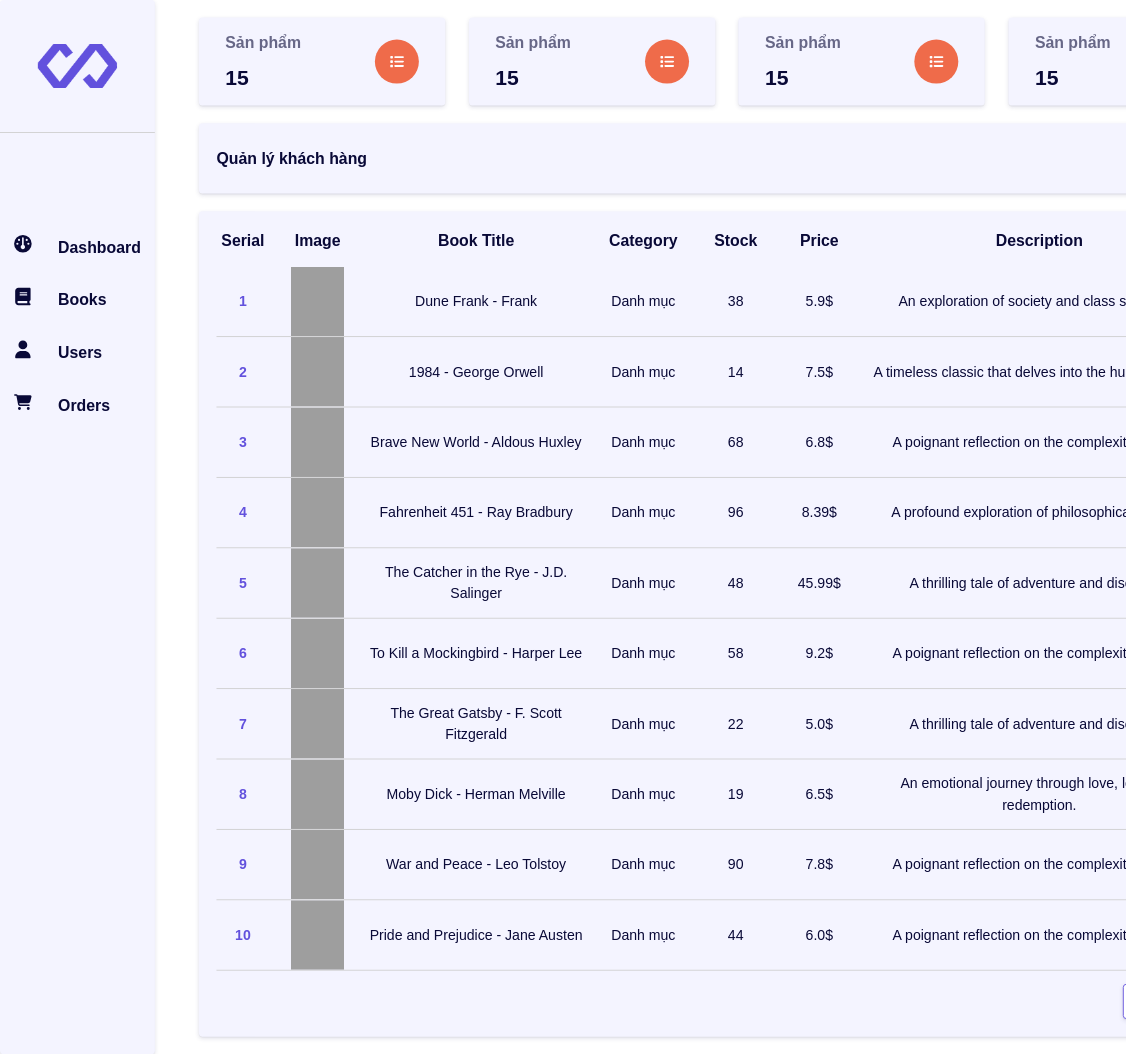
Repository: kauittt/BookStore_FE
Page: / (app in book-store/)
An editor plug-in stored every save of this project. The page is shown before and after the next save, followed by the edit.
The browser window is 1280 px wide. The pictures show the whole page, at 88% of full size.
Pictures or frames that could not be fetched are drawn as grey boxes. The project was rebuilt for these pictures with package versions that can differ from the ones it lists, and the page was loaded fresh each time. Also part of the build but not shown: book-store/vite.config.js, book-store/src/components/elements/FormInput.jsx, book-store/src/components/login-signup/Login.jsx, book-store/src/components/book/BookItem.jsx, book-store/src/components/book/BookList.jsx, book-store/src/components/elements/BackNavigation.jsx, book-store/src/components/book/BookDetail.jsx, book-store/src/components/cart/QuantitySelector.jsx and 4 more.

Above is the page before, as saved 2024-07-20 11:53:26.

### book-store/src/App.jsx
import Login from "./components/login-signup/Login";
import BookItem from "./components/book/BookItem";
import BookList from "./components/book/BookList";
import BookDetail from "./components/book/BookDetail";
import CartItem from "./components/cart/CartItem";
import Cart from "./components/cart/Cart";
import Checkout from "./components/checkout/Checkout";
import AdminNav from "./components/admin/AdminNav";
import ManageList from "./components/admin/ManageList";
import AdminPage from "./components/admin/AdminPage";
import Card from "./components/elements/Card";

const App = () => {
    //! Width - Height: 1536 - 703
    //! 270 - 255
    //! Width: 0.9
    //! Height: 0.585

    //* Semibold - Normal
    //* 3xl (Tiêu đề to) - lg (To hơn bình thường) - sm (Chú thích nhỏ) - Normal

    const data = [
        {
            image: "https://nhasachphuongnam.com/images/thumbnails/240/290/detailed/287/con-duong-hoi-giao-tb-2024.jpg",
            price: "5.9",
            name: "Dune Frank ",
            author: "Frank ",
        },
        {
            image: "https://i.pinimg.com/474x/57/70/55/5770553158ceac5870925fd79f9699eb.jpg",
            price: "7.5",
            name: "1984",
            author: "George Orwell",
        },
        {
            image: "https://listsach.com/wp-content/uploads/2020/05/bia-sach-dep-ngoi-nha-nghin-hanh-lang.jpg",
            price: "6.8",
            name: "Brave New World",
            author: "Aldous Huxley",
        },
        {
            image: "https://listsach.com/wp-content/uploads/2020/05/quyen-sach-co-bia-dep-khong-gia-dinh.jpg",
            price: "8.39",
            name: "Fahrenheit 451",
            author: "Ray Bradbury",
        },
        {
            image: "https://salt.tikicdn.com/cache/w1200/ts/product/03/ee/cc/9e91a112fb77049e9167f41ef62f832e.jpeg",
            price: "45.99",
            name: "The Catcher in the Rye",
            author: "J.D. Salinger",
        },
        {
            image: "https://intamphuc.vn/wp-content/uploads/2023/06/mau-bia-sach-dep-4.jpg",
            price: "9.2",
            name: "To Kill a Mockingbird",
            author: "Harper Lee",
        },
        {
            image: "https://vietart.co/blog/wp-content/uploads/2014/01/2_thiet_ke_bia_sach_dep_20.jpg",
            price: "5.0",
            name: "The Great Gatsby",
            author: "F. Scott Fitzgerald",
        },
        {
            image: "https://thegioidohoa.com/wp-content/uploads/2017/08/tong-hop-20-mau-bia-sach-doc-dao-nhat-nam-2017-7.jpg",
            price: "6.5",
            name: "Moby Dick",
            author: "Herman Melville",
        },
        {
            image: "https://encrypted-tbn0.gstatic.com/images?q=tbn:ANd9GcRVxy22da304ThgqLt9eKkHoYNLhIEgOL5vLCuA0X--bl323dKTKr0Q_H8tqkGQcfgcqA8&usqp=CAU",
            price: "7.8",
            name: "War and Peace",
            author: "Leo Tolstoy",
        },
        {
            image: "https://intamphuc.vn/wp-content/uploads/2023/06/mau-bia-sach-dep-2.jpg",
            price: "6.0",
            name: "Pride and Prejudice",
            author: "Jane Austen",
        },
    ];

    // Các mô tả mẫu để sử dụng
    const descriptions = [
        "A timeless classic that delves into the human psyche.",
        "An exploration of society and class struggles.",
        "A thrilling tale of adventure and discovery.",
        "A thought-provoking story that challenges conventional wisdom.",
        "A masterpiece of modern literature.",
        "A poignant reflection on the complexities of life.",
        "A gripping narrative that captivates the reader from start to finish.",
        "An emotional journey through love, loss, and redemption.",
        "A profound exploration of philosophical themes.",
        "An unforgettable story of courage and resilience.",
    ];

    // Hàm tạo số lượng ngẫu nhiên từ 1 đến 100
    function getRandomQuantity() {
        return Math.floor(Math.random() * 100) + 1;
    }

    // Hàm tạo mô tả ngẫu nhiên từ danh sách mô tả mẫu
    function getRandomDescription() {
        const index = Math.floor(Math.random() * descriptions.length);
        return descriptions[index];
    }

    // Tạo dữ liệu đa dạng cho mảng data
    const enhancedData = data.map((item) => ({
        ...item,
        quantity: getRandomQuantity(),
        description: getRandomDescription(),
    }));

    const detail = {
        image: "https://nhasachphuongnam.com/images/thumbnails/240/290/detailed/287/con-duong-hoi-giao-tb-2024.jpg",
        price: "5.9",
        name: "Dune",
        author: "Frank Herbert ",
        quantity: 10,
        description:
            "Contrary to popular belief, Lorem Ipsum is not simply random text. It has roots in a piece of classical Latin literature from 45 BC, making it over 2000 years old. Richard McClintock, a Latin professor at Hampden-Sydney College in Virginia, looked up one of the more obscure Latin words, consectetur, from a Lorem Ipsum passage, and going through the cites of the word in classical literature, discovered the undoubtable source. Lorem Ipsum comes from sections",
    };

    //! Sửa chổ quantity*price trong tính cart, checkout
    return (
        // container mx-auto
        <div className="text-text-normal  cursor-default select-none">
            {/* <Card name="Sản phẩm" quantity="15" icon={faList}></Card> */}

            <AdminPage books={enhancedData}></AdminPage>
            {/* <ManageList books={enhancedData}></ManageList> */}
            {/* <AdminNav></AdminNav> */}
            {/* <Checkout books={enhancedData}></Checkout> */}
            {/* <Cart books={enhancedData}></Cart> */}
            {/* <CartItem book={detail}></CartItem> */}
            {/* <BookDetail book={detail}></BookDetail> */}
            {/* <BookList title="Classic" books={data}></BookList> */}
            {/* <Login></Login> */}
        </div>
    );
};

export default App;

### book-store/src/index.css
@tailwind base;
@tailwind components;
@tailwind utilities;

.container {
    width: 100%;
}
@media (min-width: 640px) {
    .container {
        max-width: 640px;
    }
}
@media (min-width: 768px) {
    .container {
        max-width: 768px;
    }
    @media (min-width: 1024px) {
        .container {
            max-width: 1024px;
        }
    }
    @media (min-width: 1280px) {
        .container {
            max-width: 1280px;
        }
    }
    @media (min-width: 1400px) {
        .container,
        .container-lg,
        .container-md,
        .container-sm,
        .container-xl,
        .container-xxl {
            max-width: 1320px;
        }
    }
}

### book-store/src/components/admin/AdminNav.jsx
import PropTypes from "prop-types";
import { FontAwesomeIcon } from "@fortawesome/react-fontawesome";
import {
    faCartShopping,
    faUser,
    faBook,
    faGauge,
} from "@fortawesome/free-solid-svg-icons";

const AdminNav = () => {
    return (
        <div
            className="flex flex-col  gap-[100px]
            font-semibold text-lg  w-[260px]
            bg-bgr-main shadow-custom rounded"
        >
            <div
                className="w-full flex justify-center mt-[50px] pb-[50px]
            border-b border-border"
            >
                <img
                    src="./image/Logo.png"
                    alt="Logo"
                    className="w-[90px] h-[50px]  object-cover"
                />
            </div>

            <div>
                <div
                    className="p-[16px]
            transition-all duration-200 ease-in-out
            group hover:bg-bgr-white hover:shadow-custom rounded
            cursor-pointer"
                >
                    <p className="flex gap-[10px]">
                        <FontAwesomeIcon
                            className="mr-[20px] w-[20px] h-[20px]"
                            icon={faGauge}
                        />
                        Dashboard
                    </p>
                </div>
                <div
                    className="p-[16px]
            transition-all duration-200 ease-in-out
            group hover:bg-bgr-white hover:shadow-custom rounded
            cursor-pointer"
                >
                    <p className="flex gap-[10px]">
                        <FontAwesomeIcon
                            className="mr-[20px] w-[20px] h-[20px]"
                            icon={faBook}
                        />
                        Books
                    </p>
                </div>
                <div
                    className="p-[16px]
            transition-all duration-200 ease-in-out
            group hover:bg-bgr-white hover:shadow-custom rounded
            cursor-pointer"
                >
                    <p className="flex gap-[10px]">
                        <FontAwesomeIcon
                            className="mr-[20px]  w-[20px] h-[20px]"
                            icon={faUser}
                        />
                        Users
                    </p>
                </div>
                <div
                    className="p-[16px]
            transition-all duration-200 ease-in-out
            group hover:bg-bgr-white hover:shadow-custom rounded
            cursor-pointer"
                >
                    <p className="flex gap-[10px]">
                        <FontAwesomeIcon
                            className="mr-[20px] w-[20px] h-[20px]"
                            icon={faCartShopping}
                        />
                        Orders
                    </p>
                </div>
            </div>
        </div>
    );
};

AdminNav.propTypes = {
    book: PropTypes.object,
};
export default AdminNav;

### book-store/src/components/admin/ManageList.jsx
import React from "react";
import PropTypes from "prop-types";
import { FontAwesomeIcon } from "@fortawesome/react-fontawesome";
import {
    faCartShopping,
    faUser,
    faBook,
    faGauge,
} from "@fortawesome/free-solid-svg-icons";
import ManageItem from "./ManageItem";
import FormButton from "./../elements/FormButton";
const ManageList = (props) => {
    const category = [
        {
            group: "Order",
            fields: [
                { name: "Serial", width: "50px" },
                { name: "Customer Name", width: "150px" },
                { name: "Book Title", width: "150px" },
                { name: "Quantity", width: "100px" },
                { name: "Price", width: "100px" },
                { name: "Phone Number", width: "100px" },
                { name: "Address", flex: "1" }, // Use flex for flexible widths
            ],
        },
        {
            group: "Book",
            fields: [
                { name: "Serial", style: "w-[60px] text-center" },
                { name: "Image", style: "w-[80px] text-center" },
                { name: "Book Title", style: "w-[250px] text-center" },
                { name: "Category", style: "w-[100px] text-center" },
                { name: "Stock", style: "w-[80px] text-center" },
                { name: "Price", style: "w-[80px] text-center" },
                { name: "Description", style: "flex-1 text-center" },
            ],
        },
        {
            group: "User",
            fields: [
                { name: "Serial", width: "50px" },
                { name: "Username", width: "150px" },
                { name: "Name", width: "200px" },
                { name: "Role", width: "100px" },
                { name: "Email", width: "200px" },
                { name: "Phone Number", width: "150px" },
                { name: "Address", flex: "1" },
            ],
        },
    ];

    return (
        <div
            className="max-w-[1200px] w-[1200px] p-[20px] pr-[50px]
        flex flex-col gap-[15px] bg-bgr-main shadow-custom rounded"
        >
            {/*//* Category */}
            <div
                className="flex justify-between items-center gap-[15px]
            font-semibold text-lg"
            >
                {category[1].fields.map((field, index) => (
                    <p key={index} className={`${field.style} `}>
                        {field.name}
                    </p>
                ))}
            </div>

            {/*//* List Item */}
            <div className="flex flex-col ">
                {props.books.map((book, index) => (
                    <ManageItem
                        data={book}
                        category={category[1].fields}
                        key={index}
                        index={index}
                    ></ManageItem>
                ))}
            </div>

            <div className="flex justify-end">
                <FormButton name="Checkout"></FormButton>
            </div>
        </div>
    );
};
ManageList.propTypes = {
    books: PropTypes.array,
};
export default ManageList;

### book-store/src/components/admin/AdminPage.jsx
import React from "react";
import PropTypes from "prop-types";
import ManageList from "./ManageList";
import AdminNav from "./AdminNav";
import Card from "./../elements/Card";
import ManageTitle from "./ManageTitle";
import { FontAwesomeIcon } from "@fortawesome/react-fontawesome";
import {
    faCircleUser,
    faCartShopping,
    faHandHoldingDollar,
    faList,
} from "@fortawesome/free-solid-svg-icons";

const AdminPage = (props) => {
    return (
        <div
            className="flex gap-[30px] justify-between
        max-h-full overflow-hidden
        "
        >
            <AdminNav></AdminNav>
            <div className="flex flex-col gap-[20px] p-[20px]">
                <div className="flex justify-between items-center ">
                    <Card name="Sản phẩm" quantity={15} icon={faList}></Card>
                    <Card name="Sản phẩm" quantity={15} icon={faList}></Card>
                    <Card name="Sản phẩm" quantity={15} icon={faList}></Card>
                    <Card name="Sản phẩm" quantity={15} icon={faList}></Card>
                </div>
                <ManageTitle
                    name="Quản lý khách hàng"
                    button="Add User"
                ></ManageTitle>
                <ManageList books={props.books}></ManageList>
            </div>
        </div>
    );
};

AdminPage.propTypes = {
    books: PropTypes.array,
};
export default AdminPage;

### book-store/src/components/elements/Card.jsx
import React from "react";
import PropTypes from "prop-types";
import { FontAwesomeIcon } from "@fortawesome/react-fontawesome";
import {
    faCircleUser,
    faCartShopping,
    faHandHoldingDollar,
    faList,
} from "@fortawesome/free-solid-svg-icons";
const Card = (props) => {
    return (
        <div
            className="flex items-center justify-between
            w-[280px] h-[100px] bg-bgr-main p-[30px]
        rounded shadow-custom"
        >
            <div className="flex flex-col gap-[10px]">
                <p className="text-lg text-text-light font-semibold">
                    {props.name}
                </p>
                <p className="text-2xl font-semibold">{props.quantity}</p>
            </div>
            <FontAwesomeIcon
                className="p-[17px] rounded-full
             bg-bgr-color text-text-white"
                icon={props.icon}
            />
            {/* <FontAwesomeIcon icon={faCartShopping} />
            <FontAwesomeIcon icon={faHandHoldingDollar} />
            <FontAwesomeIcon icon={faCircleUser} /> */}
        </div>
    );
};

Card.propTypes = {
    name: PropTypes.string,
    quantity: PropTypes.number,
    icon: PropTypes.object,
    color: PropTypes.string,
};
export default Card;

### book-store/src/components/elements/FormButton.jsx
import PropTypes from "prop-types";

const FormButton = ({
    name = "Button",
    main = true,
    type = "button",
    disabled = false,
    ...props
}) => {
    return (
        <button
            type={type}
            disabled={disabled}
            className={`m-w-[100px] w-[100px] m-h-[40px] h-[40px] leading-[40px]
            rounded text-lg font-semibold
            flex items-center justify-center
            cursor-pointer shadow-custom
            transition-all duration-200 ease-in-out
            bg-bgr-white
            ${main ? "bg-bgr-white" : "bg-bgr-white"}
            ${main ? "text-text-color" : "text-bgr-color"}
            ${
                main
                    ? "border border-text-color hover:bg-text-color hover:text-text-white"
                    : "border border-bgr-color hover:bg-bgr-color hover:text-text-white"
            }
            `}
            {...props}
        >
            {name}
        </button>
    );
};

FormButton.propTypes = {
    main: PropTypes.bool,
    name: PropTypes.string.isRequired,
    type: PropTypes.string,
    disabled: PropTypes.bool,
};

export default FormButton;

### book-store/src/components/admin/ManageItem.jsx
import PropTypes from "prop-types";
import { FontAwesomeIcon } from "@fortawesome/react-fontawesome";
import { faPen } from "@fortawesome/free-solid-svg-icons";

const ManageItem = (props) => {
    // STT | Tên khách | Tên sách | Số lượng | Giá     | Phone | Address
    // STT | Hình      | Tên sách | Danh mục | Tồn kho | Giá   | Mô tả
    // STT | Username  | Name     | Role     | Email   | Phone | Address

    const isImage = props.data.image ? true : false;
    // console.log(props.data);
    // console.log(props.category);

    return (
        <div
            className="flex justify-between  items-center
                gap-[15px] h-[80px] relative
                border-b border-border"
        >
            <p
                className={`${props.category[0].style} font-semibold text-text-color`}
            >
                {props.index + 1}
            </p>

            {isImage ? (
                <div
                    className={`${props.category[1].style} h-full
                flex items-center justify-center`}
                >
                    <img
                        className="w-[60px] h-full object-cover"
                        src={props.data.image}
                        alt="Image"
                    />
                </div>
            ) : (
                <p className={`${props.category[1].style} `}>Tăng Khải Minh</p>
            )}

            <p className={`${props.category[2].style} `}>
                {props.data.name + " - " + props.data.author}
            </p>

            <p className={`${props.category[3].style} `}>Danh mục</p>

            <p className={`${props.category[4].style} `}>
                {props.data.quantity}
            </p>

            <p className={`${props.category[5].style} `}>{props.data.price}$</p>

            <p className={`${props.category[6].style} relative`}>
                {props.data.description}
            </p>
            <FontAwesomeIcon
                className="absolute right-[-40px] p-[10px] rounded cursor-pointer
                text-bgr-color
                transition-all duration-200 ease-in-out
                hover:bg-bgr-color hover:text-text-white  "
                icon={faPen}
            />
        </div>
    );
};
ManageItem.propTypes = {
    data: PropTypes.object,
    category: PropTypes.array,
    index: PropTypes.number,
};
export default ManageItem;

### book-store/src/components/admin/ManageTitle.jsx
import React from "react";
import PropTypes from "prop-types";
import FormButton from "./../elements/FormButton";

const ManageTitle = (props) => {
    return (
        <div
            className="flex justify-between items-center
        h-[80px] bg-bgr-main p-[20px]
            rounded shadow-custom"
        >
            <p className="font-semibold text-lg">{props.name}</p>
            <FormButton name={props.button}></FormButton>
        </div>
    );
};

ManageTitle.propTypes = {
    name: PropTypes.string,
    button: PropTypes.string,
};

export default ManageTitle;

### book-store/tailwind.config.js
/** @type {import('tailwindcss').Config} */
export default {
    content: ["./index.html", "./src/**/*.{js,ts,jsx,tsx}"],
    theme: {
        colors: {
            //* Background
            "bgr-main": "#F4F4FF",
            "bgr-color": "#EF6B4A", // Màu cam
            "bgr-color-hover": "#C2371E", // Darker for hover
            "bgr-white": "#FFFFFF",

            //* Text
            "text-normal": "#090937",
            "text-color": "#6251DD", // Màu tím
            "text-color-hover": "#4937B8", // Darker for hover
            "text-light": "#676787",
            "text-white": "#FFFFFF",
            "text-error": "#e74c3c", // Màu đỏ
            "text-error-hover": "#c0392b", // Darker for hover

            //* Border
            border: "#cfcfcf",
        },
        extend: {
            fontFamily: {
                sans: ["Manrope", "sans-serif"],
            },
            boxShadow: {
                custom: "rgba(50, 50, 105, 0.15) 0px 2px 5px 0px, rgba(0, 0, 0, 0.05) 0px 1px 1px 0px",
            },
        },
    },
    plugins: [],
};

Loaded but not shown: book-store/index.html (common file); book-store/src/main.jsx (common file)

After the next save:
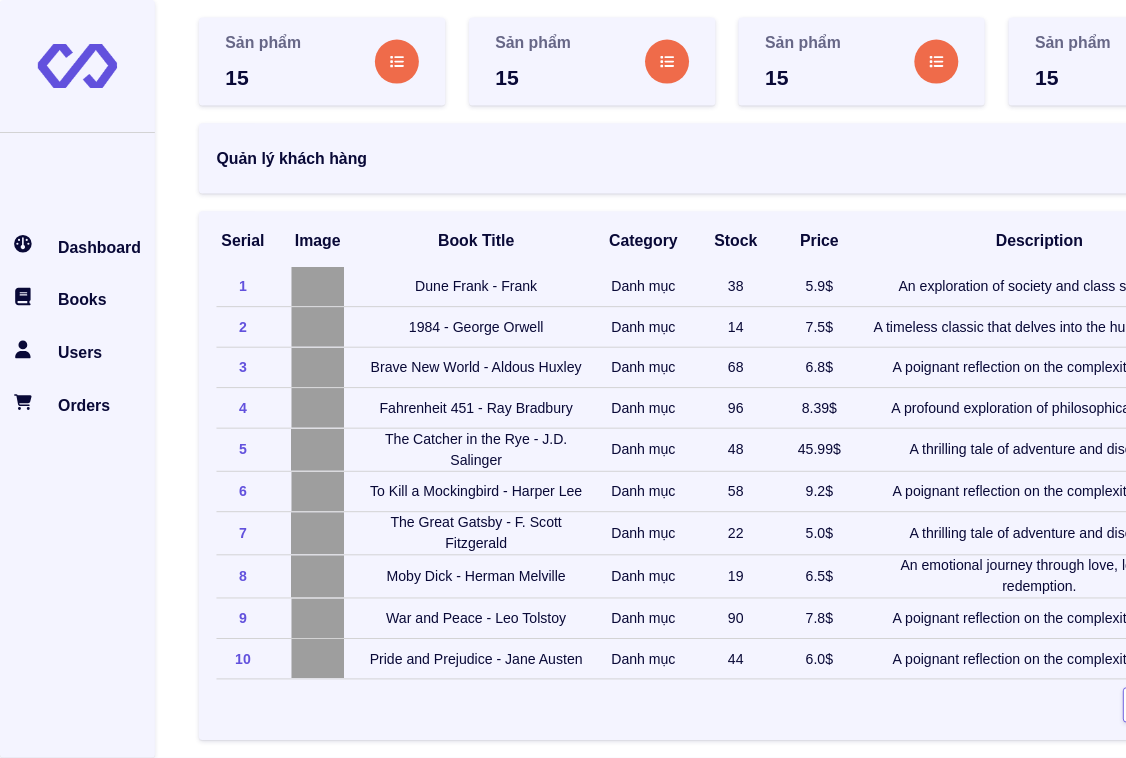
Saved 100 s later.
--- a/book-store/src/components/admin/ManageList.jsx
+++ b/book-store/src/components/admin/ManageList.jsx
@@ -67,7 +67,7 @@ const ManageList = (props) => {
             </div>
 
             {/*//* List Item */}
-            <div className="flex flex-col ">
+            <div className="flex flex-col max-h-[463px]">
                 {props.books.map((book, index) => (
                     <ManageItem
                         data={book}
